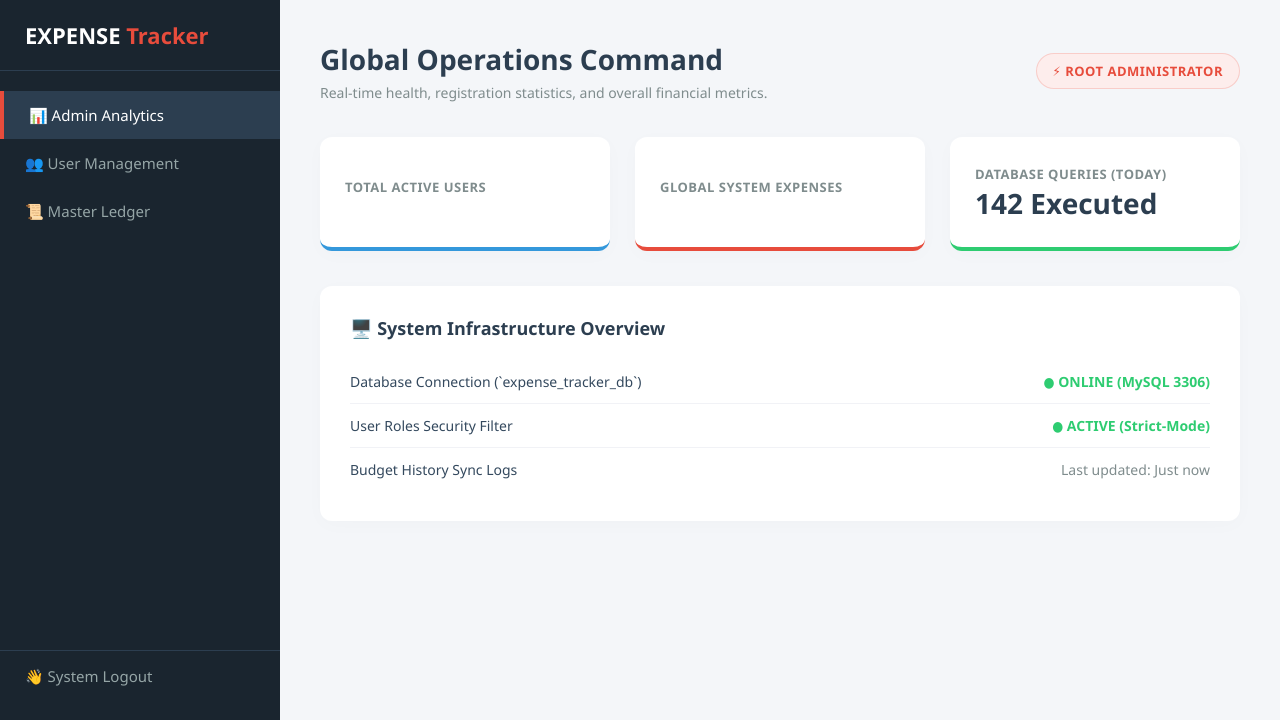
Repository: shambhavi4823/EXPENSE_TRACKER
Page: expense_frontend/admin_dashboard.html
The author's editor kept a copy of each file at every save. The page is drawn from the files as they stood at one save, then again after a run of saves.
The browser window is 1280 px wide. The pictures show the whole page.

Above is the page before, as saved 2026-07-21 11:03:31.

After the next 2 saves:
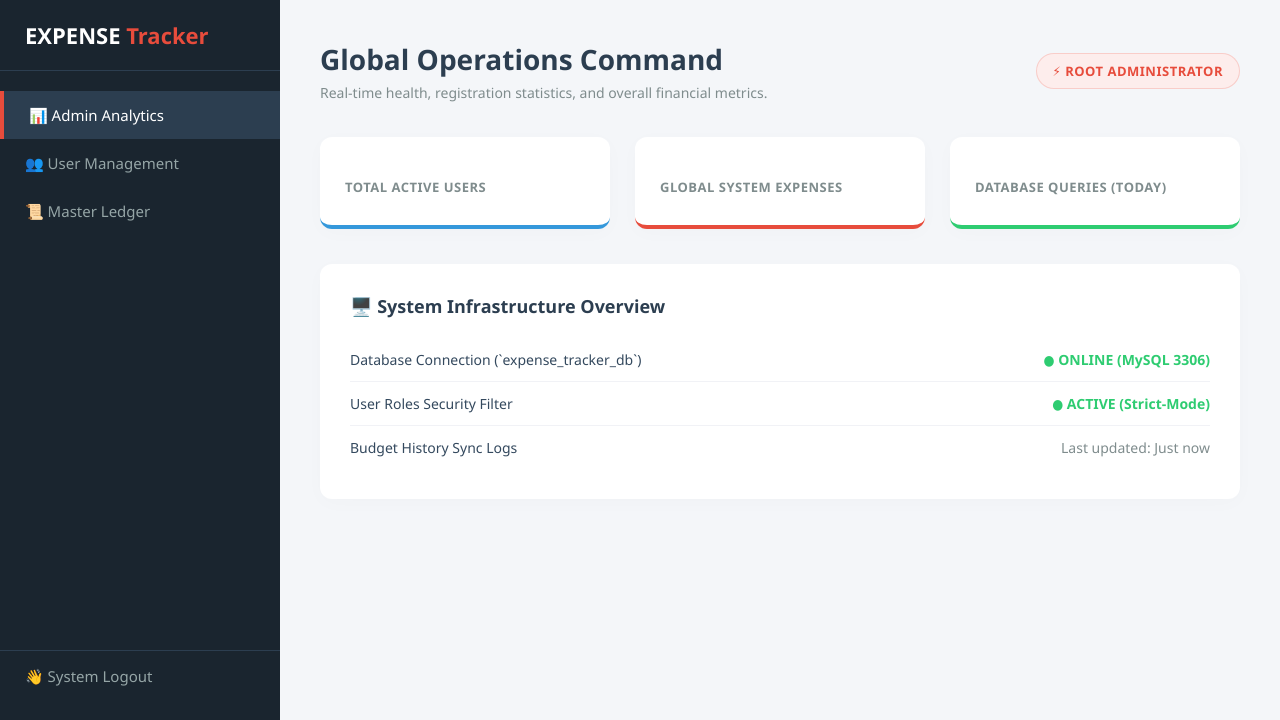
The 2 saves are shown as one change because they came seconds apart.
The last was saved 8 s later.
--- a/expense_frontend/admin_dashboard.html
+++ b/expense_frontend/admin_dashboard.html
@@ -210,7 +210,7 @@
             </div>
             <div class="card system-card">
                 <span class="card-title">Database Queries (Today)</span>
-                <span class="card-value">142 Executed</span>
+                <span class="card-value"></span>
             </div>
         </div>
 
